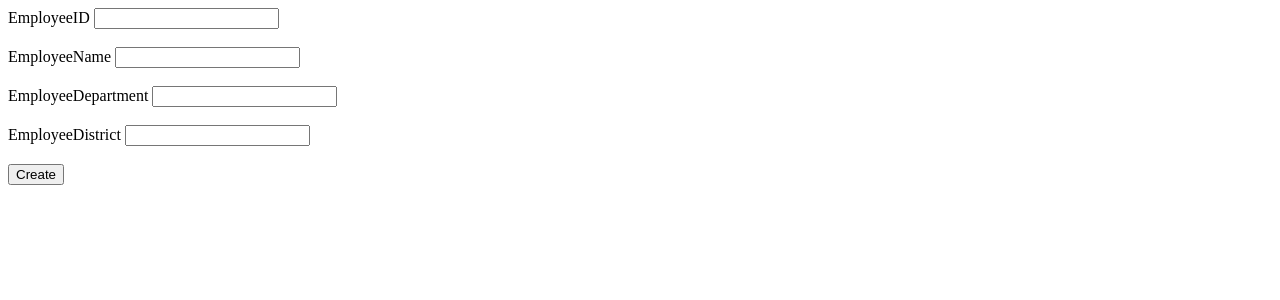
Repository: tamilnila96/Servlet
Page: http://localhost/EmployeeDetails/Employee.jsp
These files come from the project's save history. The page is drawn as it stood at one moment and after the next save; the edit follows.
The browser window is 1280 px wide. The pictures show the whole page.
The page is served by Tomcat 9.

Above is the page before, as saved 2025-05-12 09:29:27.

After the next save:
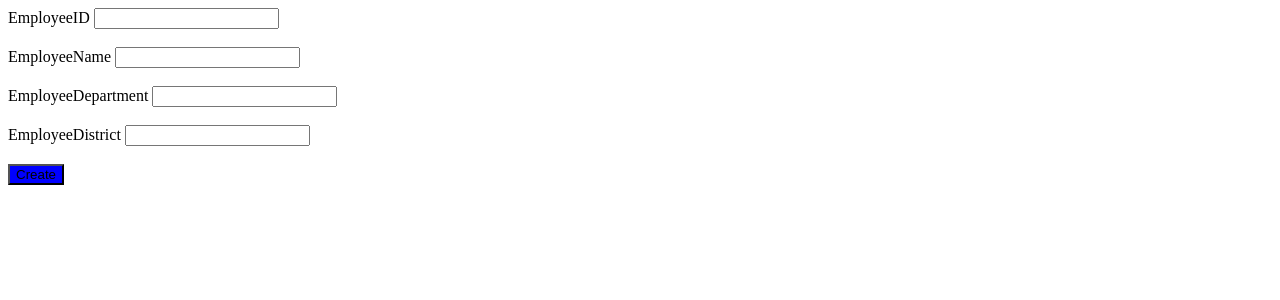
Saved 2 min 11 s later.
--- a/EmployeeDetails/WebContent/Employee.jsp
+++ b/EmployeeDetails/WebContent/Employee.jsp
@@ -25,7 +25,7 @@
 <input type ="text" id = "EmployeeDistrict" name = "EmployeeDistrict"></br>
 </div></br>
 <div>
-<input type ="button" value = "Create" background-color:blue >
+<input type ="button" value = "Create" style = background-color:blue >
 </div>
 
 
